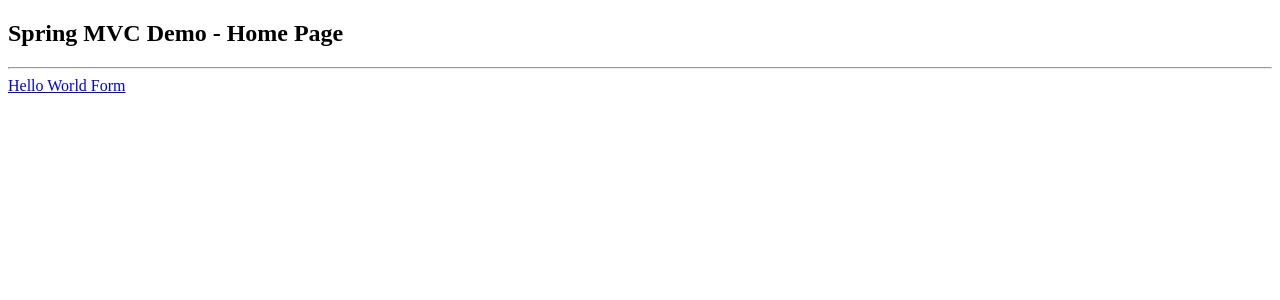
Repository: FehmiCitiloglu/spring-udemy-course
Page: http://localhost/spring-mvc-demo/
These files come from the project's save history. The page is drawn as it stood at one moment and after a run of saves; the edit follows.
The browser window is 1280 px wide. The pictures show the whole page.
The page is served by Tomcat 9. Other server files are loaded and not shown.

Above is the page before, as saved 2022-05-19 15:01:16.

### spring-mvc-demo/WebContent/WEB-INF/view/main-menu.jsp
<!DOCTYPE html>

<html>

<body>
	<h2>Spring MVC Demo - Home Page</h2>

	<hr>
	<a href="hello/showForm">Hello World Form</a>
</body>

</html>

After the next 2 saves:
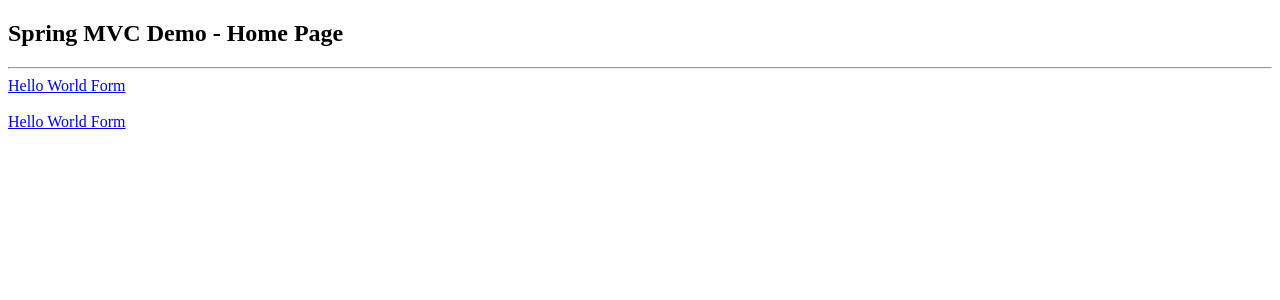
The 2 saves are shown as one change because 1 did not build or start.
The last was saved 98 s later.
--- a/spring-mvc-demo/WebContent/WEB-INF/view/main-menu.jsp
+++ b/spring-mvc-demo/WebContent/WEB-INF/view/main-menu.jsp
@@ -7,6 +7,9 @@
 
 	<hr>
 	<a href="hello/showForm">Hello World Form</a>
+
+	<br><br>
+		<a href="student/showForm">Hello World Form</a>
 </body>
 
 </html>
